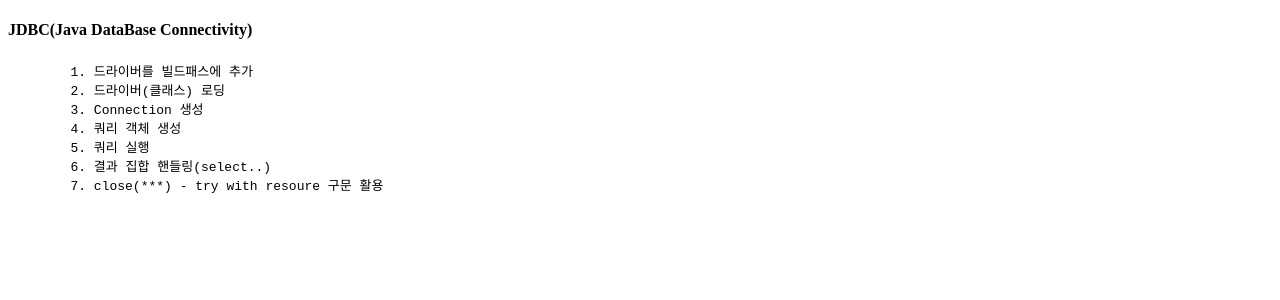
Repository: hoseolkim/highjava
Page: http://localhost/WebStudy02_MVN/13/jdbcDesc.jsp
The author's editor kept a copy of each file at every save. The page is drawn from the files as they stood at one save, then again after the next save.
The browser window is 1280 px wide. The pictures show the whole page.
The page is served by Tomcat 9. Queries for data that is not in the repository find no rows.

Above is the page before, as saved 2023-09-19 03:08:57.

After the next save:
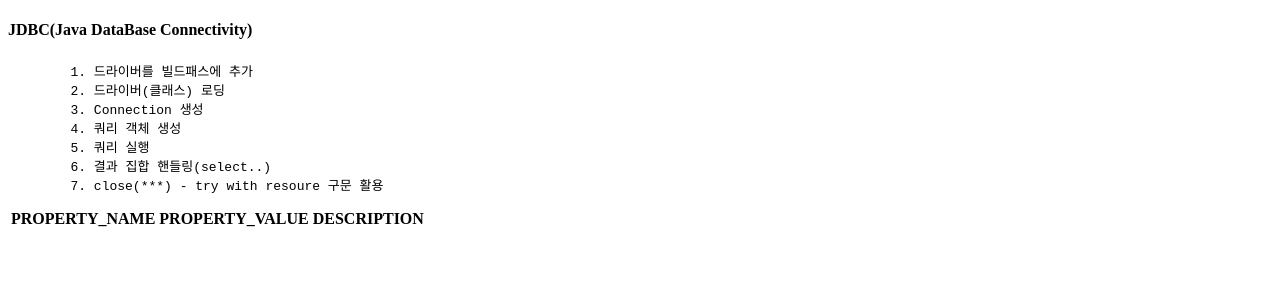
Saved 4 min 31 s later.
--- a/WebStudy02_MVN/src/main/webapp/13/jdbcDesc.jsp
+++ b/WebStudy02_MVN/src/main/webapp/13/jdbcDesc.jsp
@@ -1,3 +1,4 @@
+<%@page import="java.sql.ResultSet"%>
 <%@page import="java.sql.Statement"%>
 <%@page import="java.sql.DriverManager"%>
 <%@page import="java.sql.Connection"%>
@@ -32,7 +33,20 @@
 	StringBuffer sql = new StringBuffer();
 	sql.append("	select property_name, property_value, description ");
 	sql.append("	from database_properties                          ");
+	ResultSet rs =  stmt.executeQuery(sql.toString());
+
 %>
+<table>
+	<thead>
+		<tr>
+			<th>PROPERTY_NAME</th>
+			<th>PROPERTY_VALUE</th>
+			<th>DESCRIPTION</th>
+		</tr>
+	</thead>
+	<tbody>
 
+	</tbody>
+</table>
 </body>
 </html>
